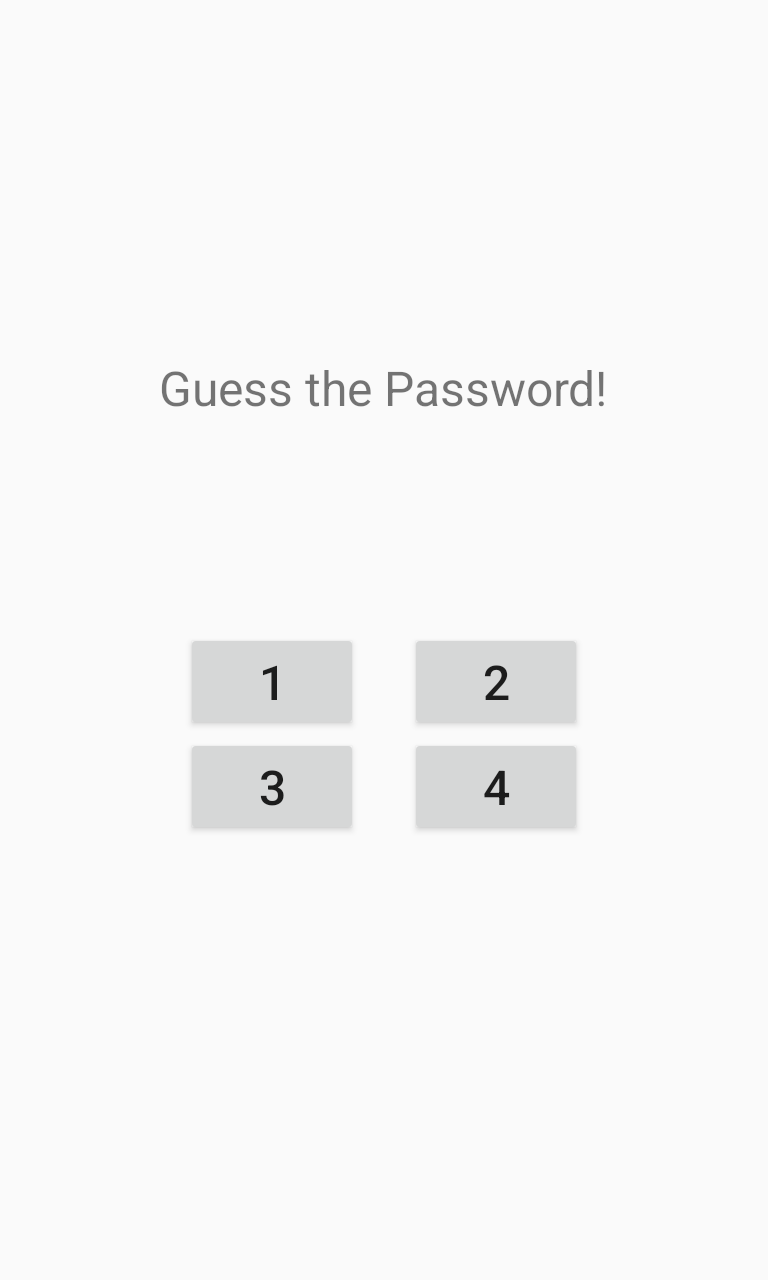
Repository: cryder3/csc303
Layout: Challenge1/res/layout/activity_topsecret.xml
The author's editor kept a copy of each file at every save. The layout is drawn from the files as they stood at one save, then again after the next save.
It is drawn on a 768 x 1280 px phone screen (xhdpi) without system bars, with theme AppTheme; the app's code is not run.

Above is the layout before, as saved 2014-09-10 15:57:07.

### Challenge1/res/layout/activity_topsecret.xml
<LinearLayout xmlns:android="http://schemas.android.com/apk/res/android"
    xmlns:tools="http://schemas.android.com/tools"
    android:id="@+id/LinearLayout1"
    android:layout_width="match_parent"
    android:layout_height="match_parent"
    android:orientation="vertical"
    android:gravity= "center"
    tools:context="${relativePackage}.${activityClass}" >

    <TextView
        android:layout_width="wrap_content"
        android:layout_height="wrap_content"
        android:padding="24dp"
        android:textSize="24dp"
        android:text="@string/title"
        />

    <TextView
        android:id="@+id/entered_text"
        android:layout_width="wrap_content"
        android:layout_height="wrap_content"
        android:textSize="24dp"
        android:padding="24dp"
        />

    <LinearLayout
        android:layout_width="match_parent"
        android:layout_height="wrap_content"
        android:gravity="center"
        >

        <Button
            android:id="@+id/button1"
            android:layout_width="wrap_content"
            android:layout_height="wrap_content"
            android:textSize="24dp"
            android:layout_marginRight="24dp"
            android:text="@string/one" />

        <Button
            android:id="@+id/button2"
            android:layout_width="wrap_content"
            android:layout_height="wrap_content"
            android:textSize="24dp"
            android:text="@string/two" />

    </LinearLayout>
    <LinearLayout
        android:layout_width="match_parent"
        android:layout_height="wrap_content"
        android:gravity="center"
        >

        <Button
            android:id="@+id/button3"
            android:layout_width="wrap_content"
            android:layout_height="wrap_content"
            android:textSize="24dp"
            android:layout_marginRight="24dp"
            android:text="@string/three" />

        <Button
            android:id="@+id/button4"
            android:layout_width="wrap_content"
            android:layout_height="wrap_content"
            android:textSize="24dp"
            android:text="@string/four" />

    </LinearLayout>

    <TextView
        android:id="@+id/answer"
        android:layout_width="wrap_content"
        android:layout_height="wrap_content"
        android:padding="24dp"
        />


</LinearLayout>

### Challenge1/res/values/strings.xml
<?xml version="1.0" encoding="utf-8"?>
<resources>

    <string name="app_name">Challenge1</string>
    <string name="hello_world">Hello world!</string>
    <string name="incorrect_toast">Nope!</string>
    <string name="one">1</string>
    <string name="two">2</string>
    <string name="three">3</string>
    <string name="four">4</string>
    <string name="title">Guess the Password!</string>

</resources>

Loaded but not shown: Challenge1/res/values/styles.xml (common file); Challenge1/res/values-v11/styles.xml (common file); Challenge1/res/values-v14/styles.xml (common file)

After the next save:
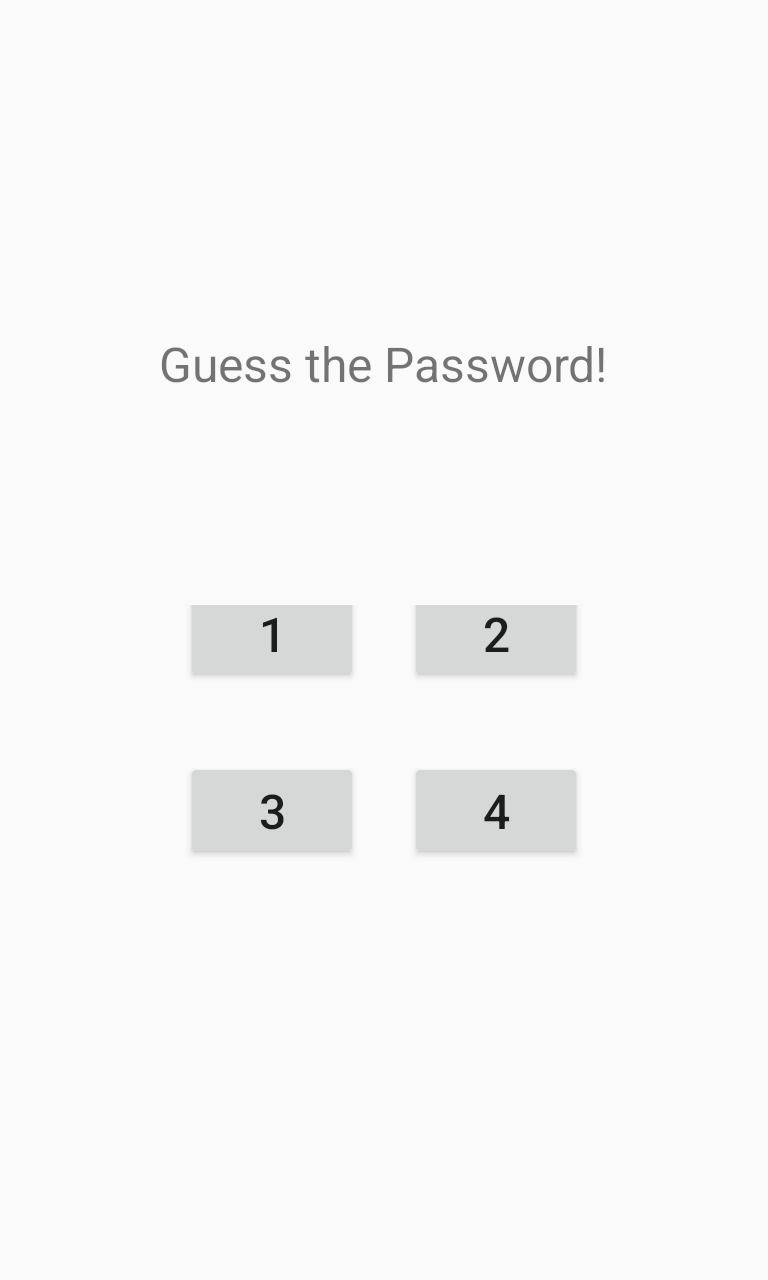
Saved 42 s later.
--- a/Challenge1/res/layout/activity_topsecret.xml
+++ b/Challenge1/res/layout/activity_topsecret.xml
@@ -35,6 +35,7 @@
             android:layout_height="wrap_content"
             android:textSize="24dp"
             android:layout_marginRight="24dp"
+            android:layout_marginBottom="24dp"
             android:text="@string/one" />
 
         <Button
@@ -42,6 +43,7 @@
             android:layout_width="wrap_content"
             android:layout_height="wrap_content"
             android:textSize="24dp"
+            android:layout_marginBottom="24dp"
             android:text="@string/two" />
 
     </LinearLayout>
